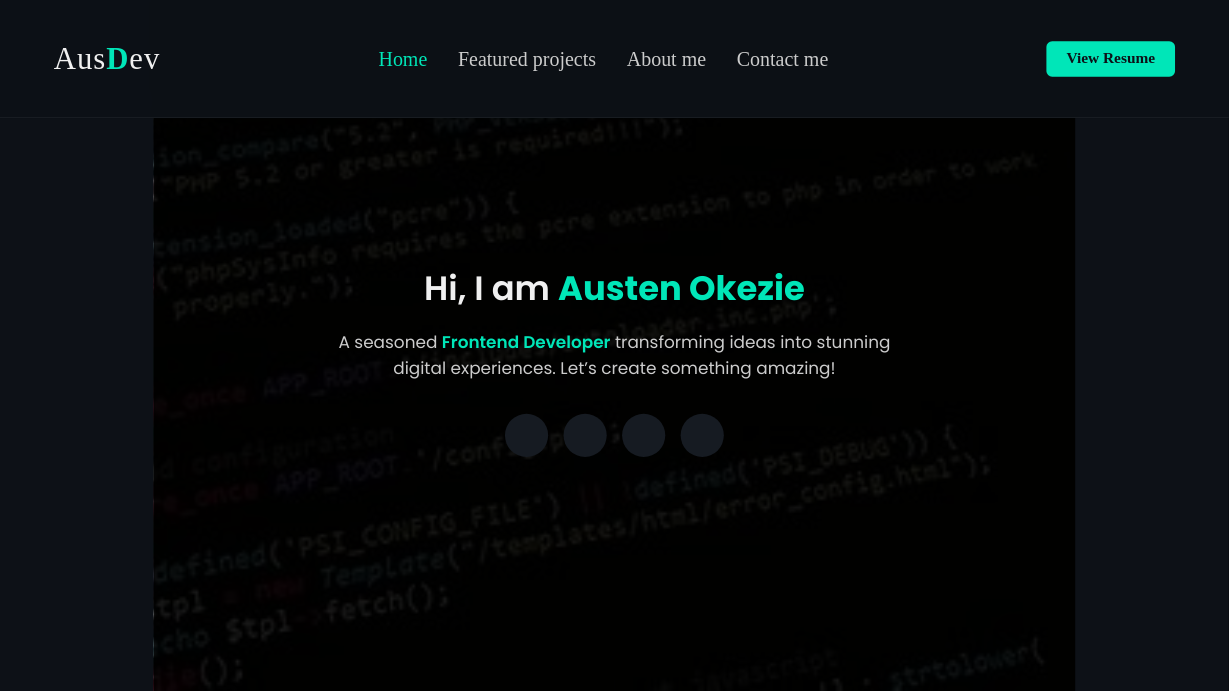
Repository: Austinokezie/Myportfolio
Page: index.html
These files come from the project's save history. The page is drawn as it stood at one moment and after the next save; the edit follows.
The browser window is 1280 px wide. The pictures show the whole page, at 96% of full size.
Some web fonts or font styles are not loaded; a fallback is used.

Above is the page before, as saved 2025-10-14 13:48:16.

After the next save:
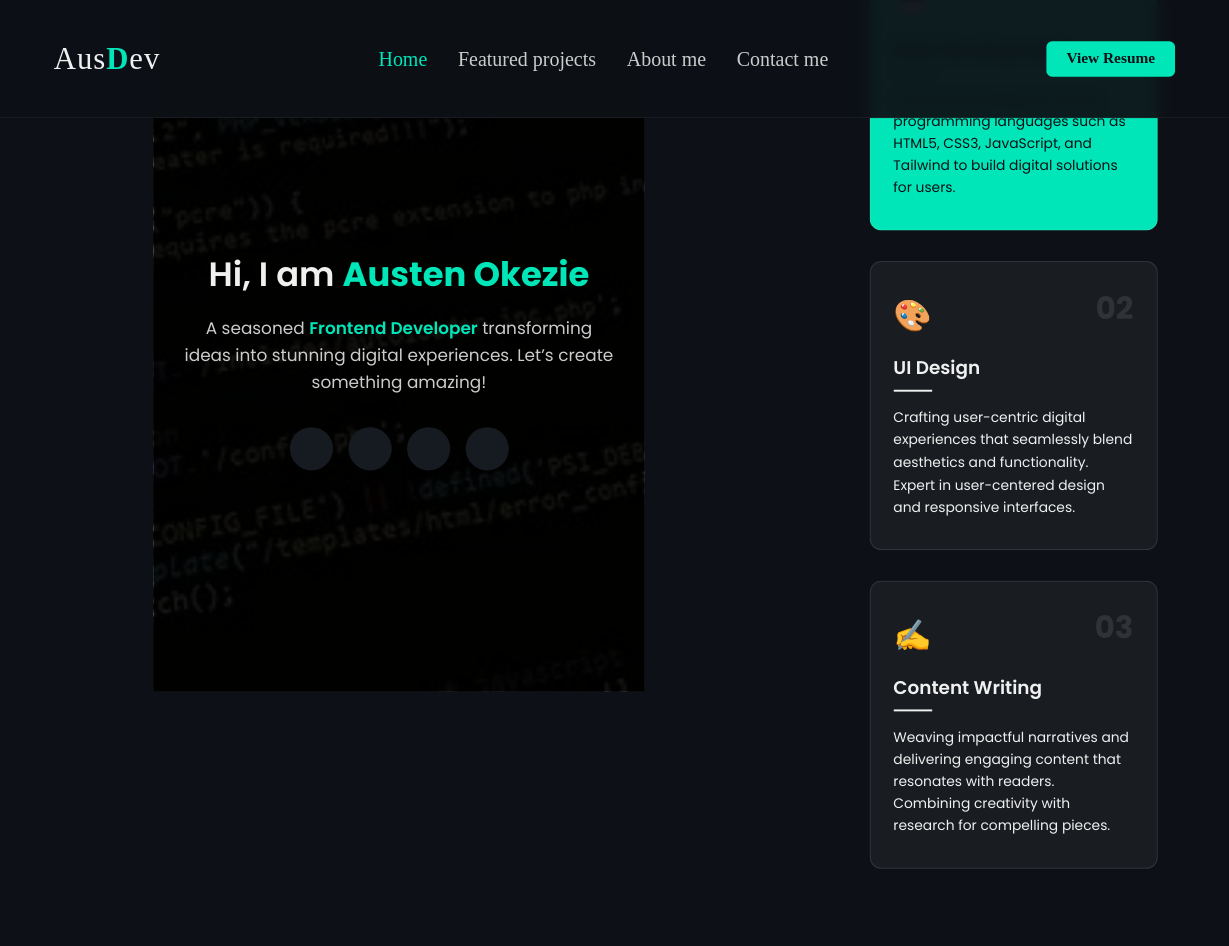
Saved 4 s later.
--- a/index.html
+++ b/index.html
@@ -42,6 +42,39 @@
           </div>
        </div>
     </section>
+
+    <section class="services-section">
+      <h3 class="sub-heading">SERVICES</h3>
+       <h2 class="main-heading">What <span>I do.</span></h2>
+
+        <div class="services-container">
+
+          <div class="service-card active">
+             <div class="card-number">01</div>
+             <div class="card-icon">💻</div>
+              <h3>Web Development</h3>
+             <div class="underline"></div>
+             <p>I use my knowledge of various programming languages such as HTML5, CSS3, JavaScript, and Tailwind to build digital solutions for users.</p>
+           </div>
+
+           <div class="service-card">
+             <div class="card-number">02</div>
+              <div class="card-icon">🎨</div>
+              <h3>UI Design</h3>
+             <div class="underline"></div>
+              <p>Crafting user-centric digital experiences that seamlessly blend aesthetics and functionality. Expert in user-centered design and responsive interfaces.</p>
+            </div>
+
+           <div class="service-card">
+             <div class="card-number">03</div>
+             <div class="card-icon">✍</div>
+             <h3>Content Writing</h3>
+              <div class="underline"></div>
+              <p>Weaving impactful narratives and delivering engaging content that resonates with readers. Combining creativity with research for compelling pieces.</p>
+           </div>
+
+        </div>
+   </section>
 
 
 
